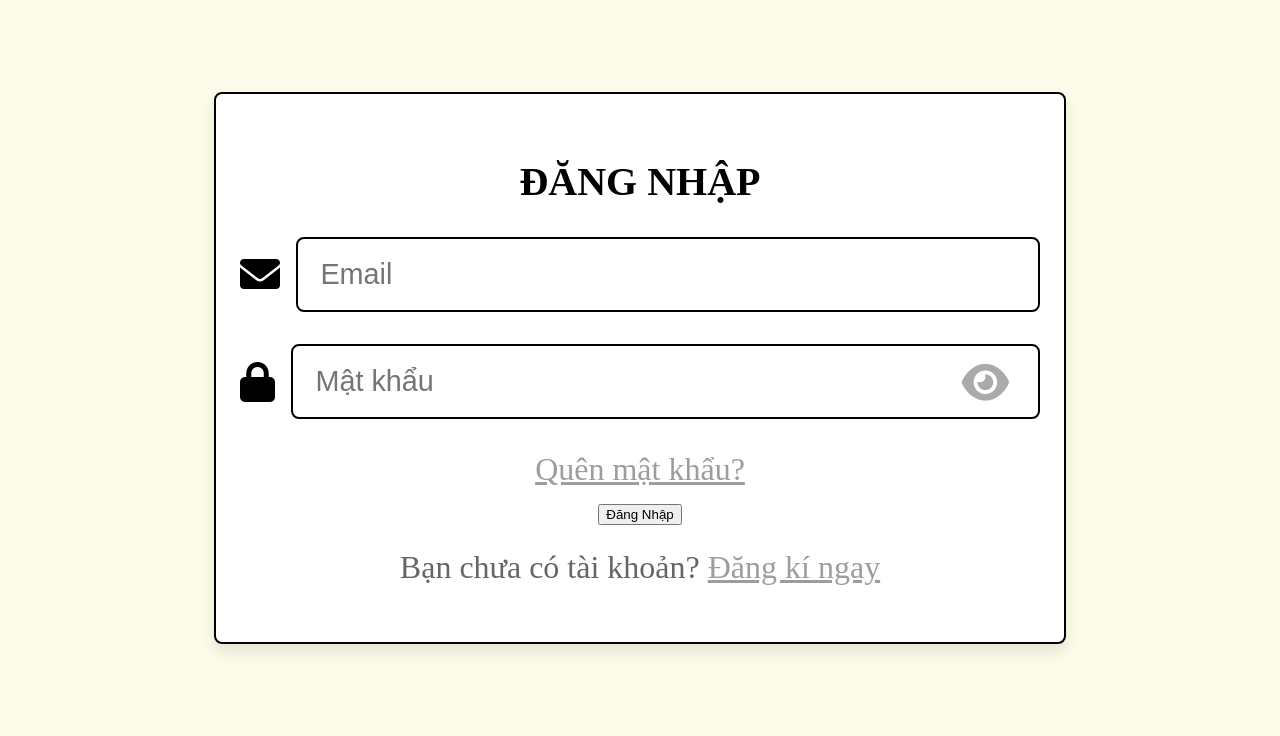
Repository: Dien973/expense_manager
Page: http://localhost/expense_manager/account/login.php
An editor plug-in stored every save of this project. The page is shown before and after the next save, followed by the edit.
The browser window is 1280 px wide. The pictures show the whole page.
The page is run by PHP 8.4 with error messages shown; the project is at /var/www/html/.

Above is the page before, as saved 2025-12-05 17:42:50.

After the next save:
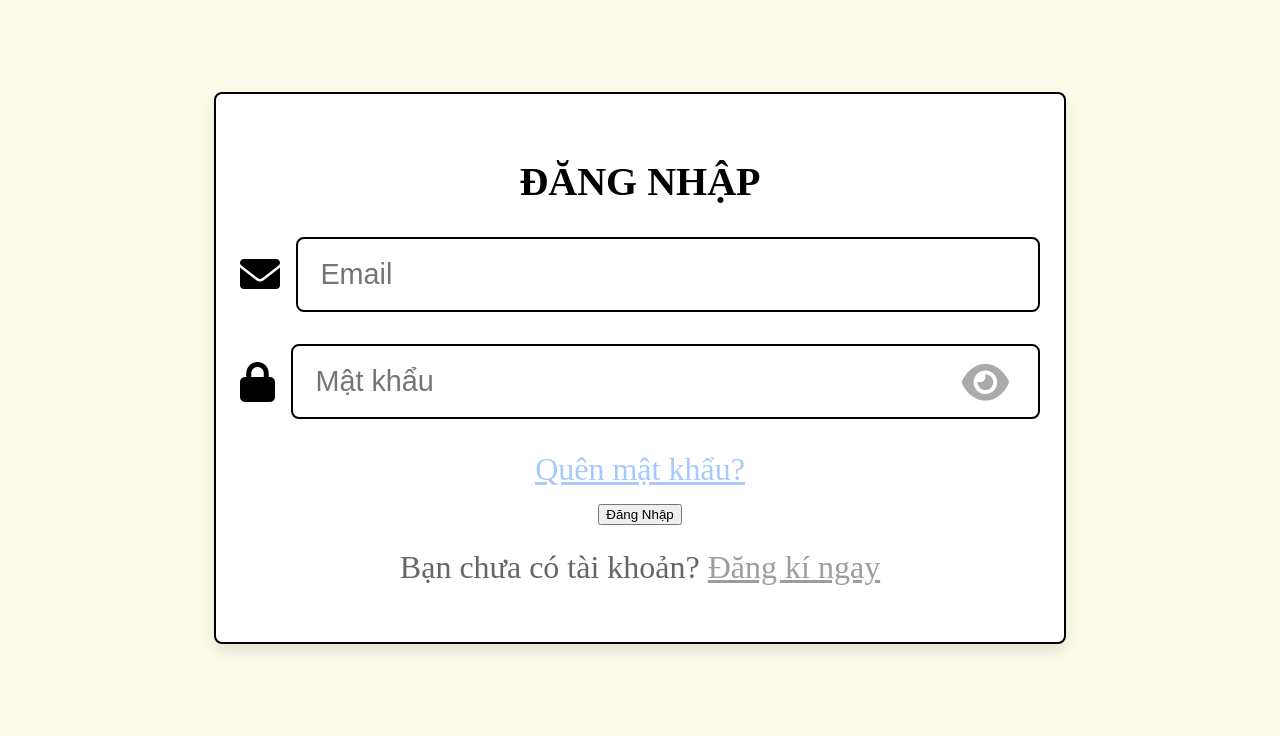
Saved 24 s later.
--- a/css/main.css
+++ b/css/main.css
@@ -67,7 +67,7 @@ body {
 }
 
 .form-container form .forgot-pwd a {
-  color: #9e9d9d;
+  color: #a7c9fb;
 }
 
 /* --- EYE TRONG Ô INPUT --- */
